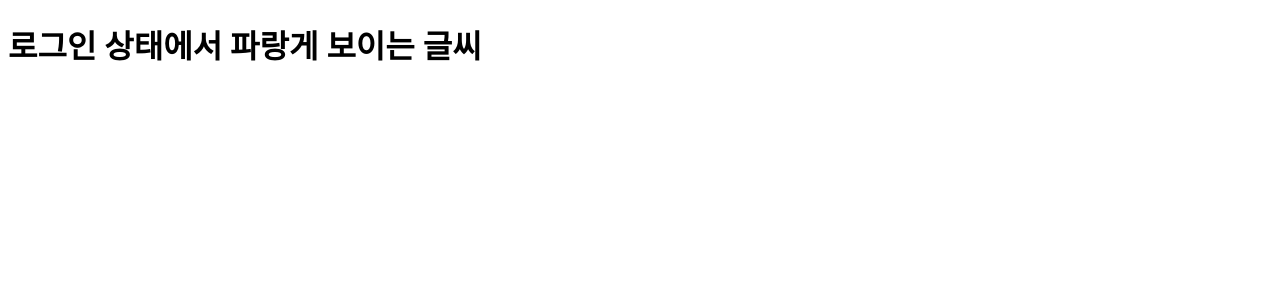
Repository: sirius455/spring-workspace
Page: http://localhost/Spring_REST/cookie/check
These files come from the project's save history. The page is drawn as it stood at one moment and after the next save; the edit follows.
The browser window is 1280 px wide. The pictures show the whole page.
The page is served by Tomcat 9. Other server files are loaded and not shown.

Above is the page before, as saved 2021-08-06 01:41:46.

### Spring_REST/src/main/webapp/WEB-INF/views/cookie/check.jsp
<%@ page language="java" contentType="text/html; charset=EUC-KR"
    pageEncoding="EUC-KR"%>
<%@ taglib prefix="c" uri="http://java.sun.com/jsp/jstl/core" %>
<!DOCTYPE html>
<html>
<head>
<meta charset="EUC-KR">
<title>Insert title here</title>
<c:if test="${login }">
<style>
	h1 {
		color:blue;
	}
</style>
</c:if>
<c:if test="${not login }">

<style>

</style>
</c:if>
</head>

<h1>로그인 상태에서 파랑게 보이는 글씨</h1>
<body>




</body>
</html>

After the next save:
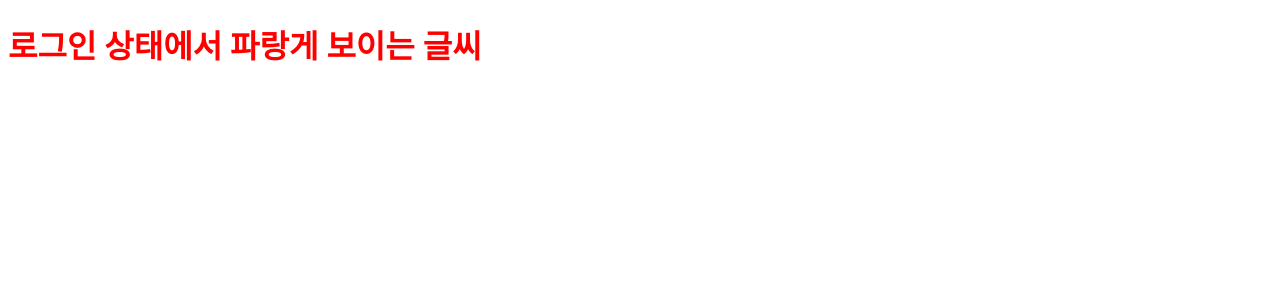
Saved 15 s later.
--- a/Spring_REST/src/main/webapp/WEB-INF/views/cookie/check.jsp
+++ b/Spring_REST/src/main/webapp/WEB-INF/views/cookie/check.jsp
@@ -14,9 +14,10 @@
 </style>
 </c:if>
 <c:if test="${not login }">
-
 <style>
-
+h1 {
+		color: red;
+	}
 </style>
 </c:if>
 </head>
